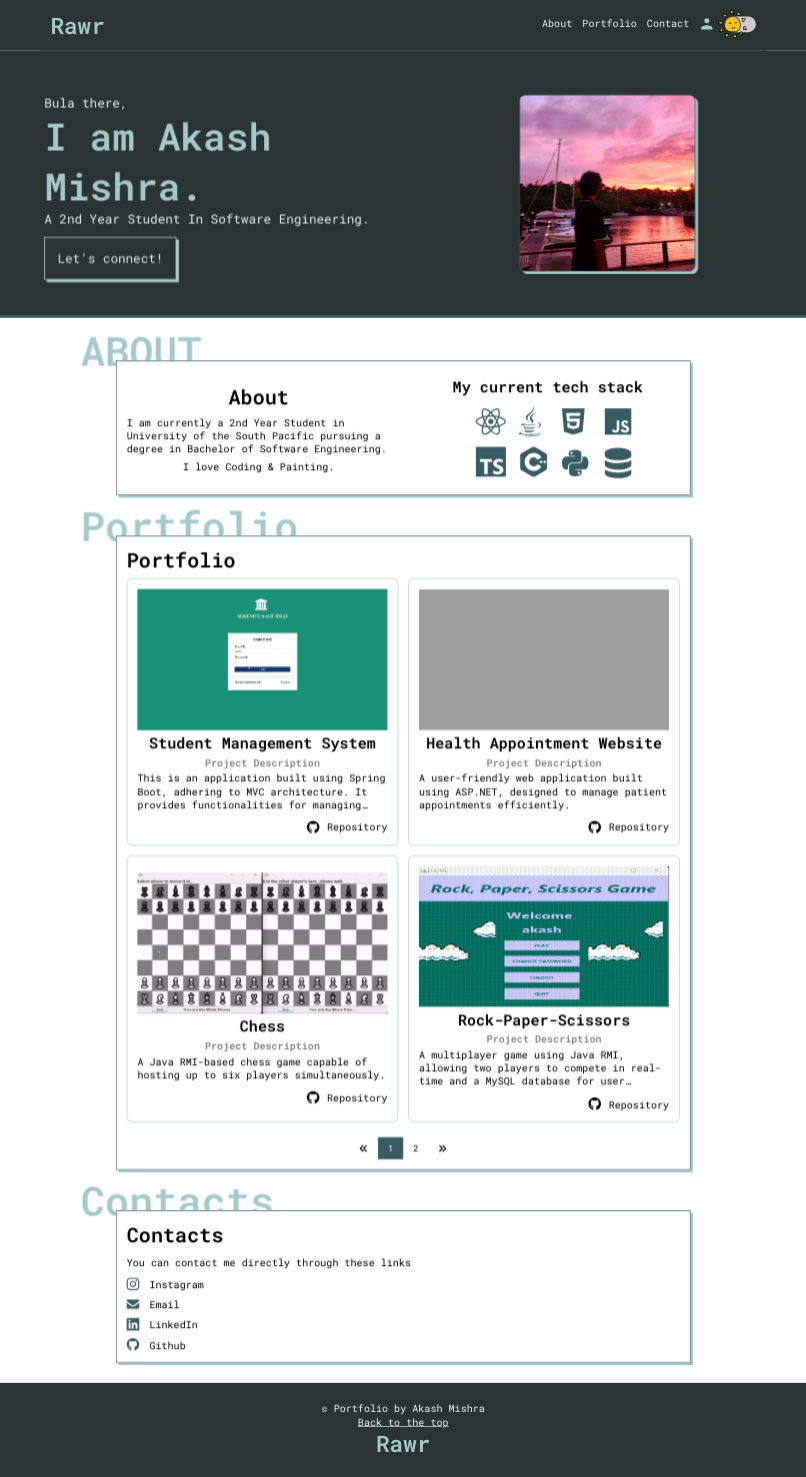
Repository: akashrawr/portfolio
Page: /
The author's editor kept a copy of each file at every save. The page is drawn from the files as they stood at one save, then again after the next save.
The browser window is 1280 px wide. The pictures show the whole page, at 63% of full size.
Pictures or frames that could not be fetched are drawn as grey boxes. The project was rebuilt for these pictures with package versions that can differ from the ones it lists, and the page was loaded fresh each time.

Above is the page before, as saved 2025-01-01 20:57:11.

After the next save:
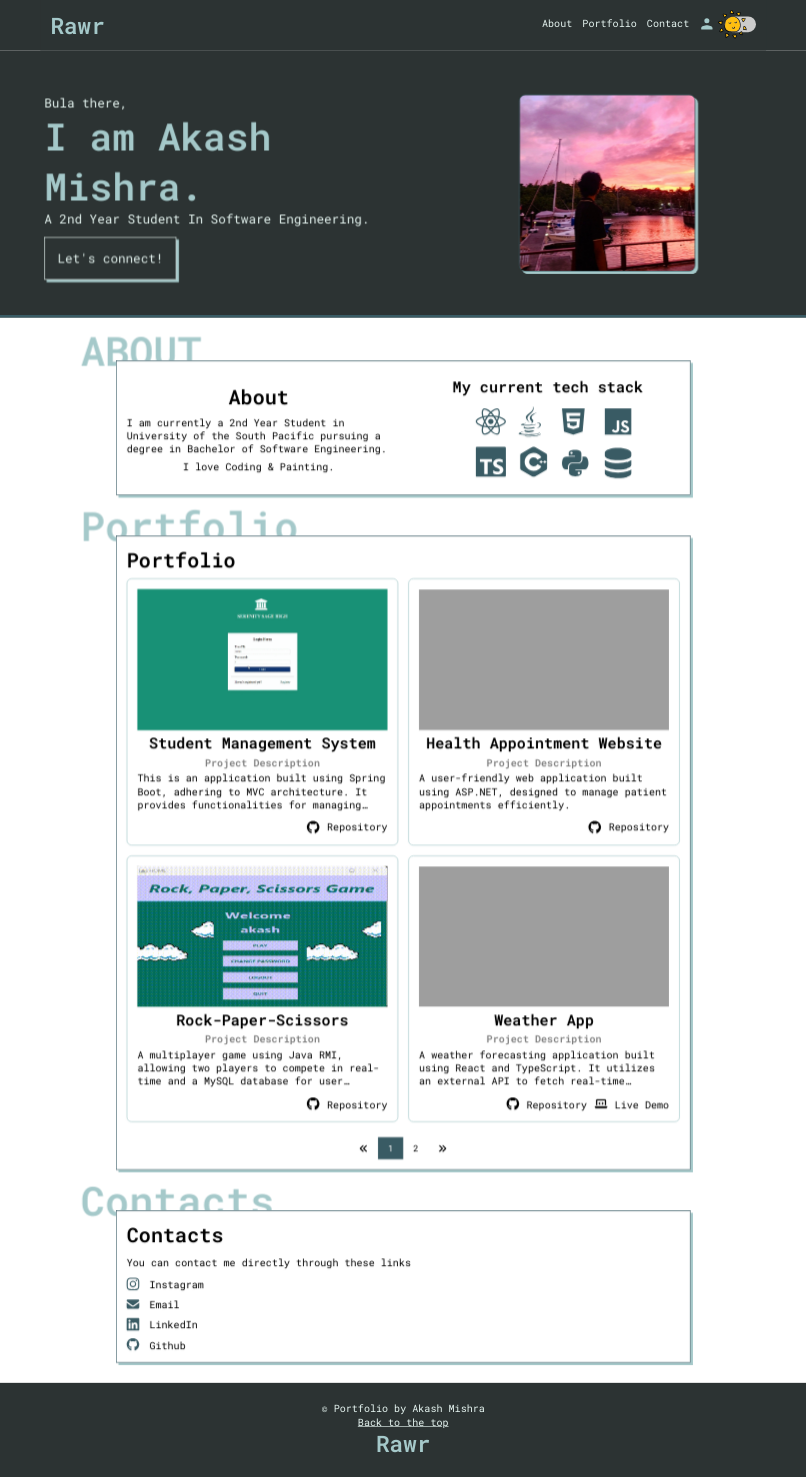
Saved 41 s later.
--- a/src/data/projects.js
+++ b/src/data/projects.js
@@ -12,13 +12,6 @@ export const projects = [
       title: 'Health Appointment Website',
       description: 'A user-friendly web application built using ASP.NET, designed to manage patient appointments efficiently.',
       repoLink: 'https://github.com/akashrawr/Medical_Website.git',
-    },
-    {
-      imgSrc: './assets/images/chess.gif',
-      altText: 'project-Chess',
-      title: 'Chess',
-      description: 'A Java RMI-based chess game capable of hosting up to six players simultaneously.',
-      repoLink: 'https://github.com/akashrawr/ChessRMI.git',
     },
     {
       imgSrc: './assets/images/rps.gif',
@@ -71,4 +64,13 @@ export const projects = [
     liveDemoLink: 'https://serenity-hotel.vercel.app',
   },
 
+      {
+      imgSrc: './assets/images/chess.gif',
+      altText: 'project-Chess',
+      title: 'Chess',
+      description: 'A Java RMI-based chess game capable of hosting up to six players simultaneously.',
+      repoLink: 'https://github.com/akashrawr/ChessRMI.git',
+    },
+
+
   */
